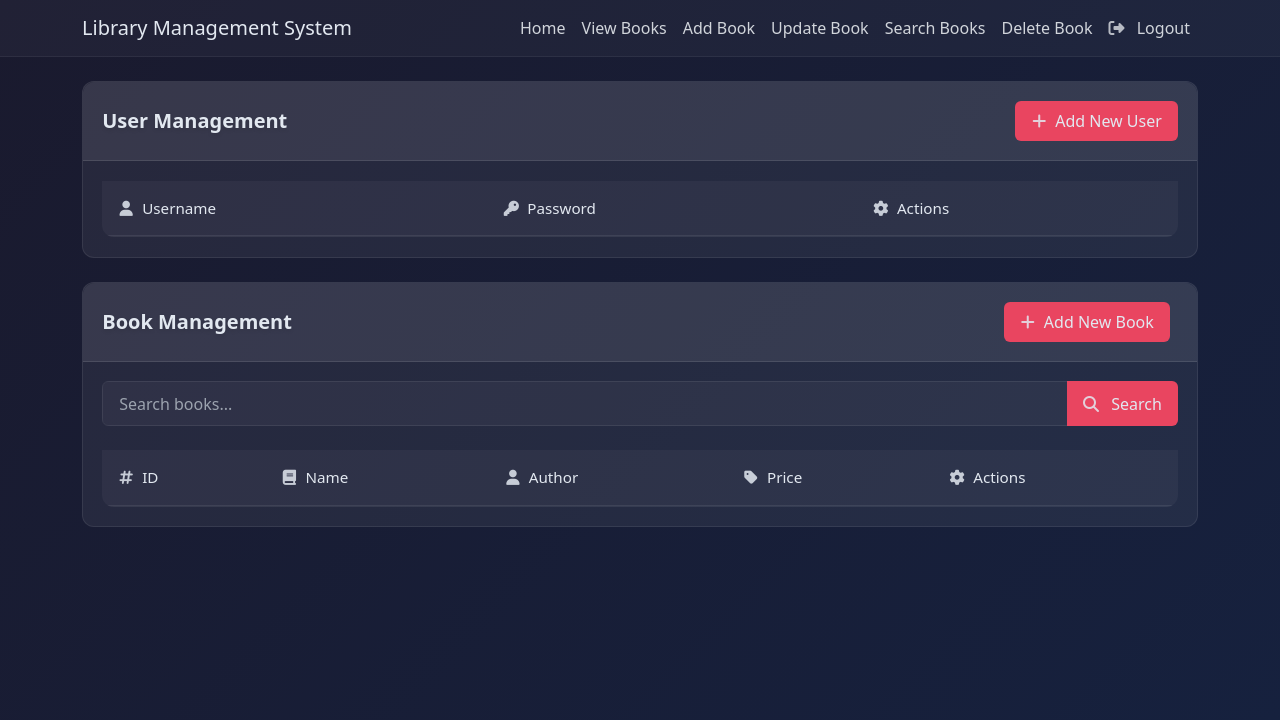
Repository: vivekchopade662002/Library-Management-System
Page: http://localhost/Library_Management_System/admin-dashboard.jsp
The author's editor kept a copy of each file at every save. The page is drawn from the files as they stood at one save, then again after the next save.
The browser window is 1280 px wide. The pictures show the whole page.
The page is served by Tomcat 10. The session is filled in as if someone had signed in: {"username": "testuser", "userType": "admin"}. The application's start-up code is not run. Queries for data that is not in the repository find no rows.

Above is the page before, as saved 2024-12-04 16:30:24.

After the next save:
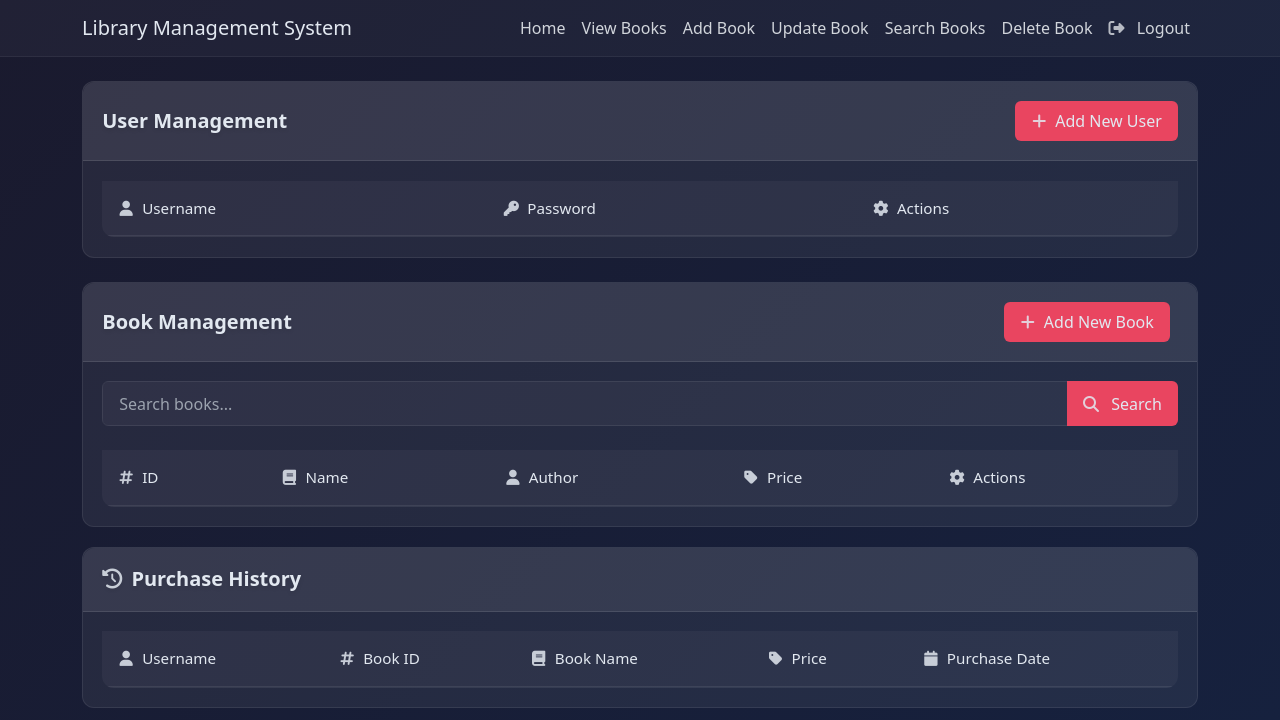
Saved 116 min 42 s later.
--- a/Library_Management_System/src/main/webapp/admin-dashboard.jsp
+++ b/Library_Management_System/src/main/webapp/admin-dashboard.jsp
@@ -338,6 +338,59 @@
                 </div>
             </div>
         </div>
+        <!-- Purchase History Section -->
+<div class="card">
+    <div class="card-header">
+        <div class="d-flex justify-content-between align-items-center">
+            <h4 class="mb-0">
+                <i class="fas fa-history me-2"></i>
+                Purchase History
+            </h4>
+        </div>
+    </div>
+    <div class="card-body">
+        <div class="table-responsive">
+            <table class="table table-hover">
+                <thead>
+                    <tr>
+                        <th><i class="fas fa-user me-2"></i>Username</th>
+                        <th><i class="fas fa-hashtag me-2"></i>Book ID</th>
+                        <th><i class="fas fa-book me-2"></i>Book Name</th>
+                        <th><i class="fas fa-tag me-2"></i>Price</th>
+                        <th><i class="fas fa-calendar me-2"></i>Purchase Date</th>
+                    </tr>
+                </thead>
+                <tbody>
+                    <%
+                        try {
+                            Connection purchaseConn = DBConnection.getConnection();
+                            String purchaseSql = "SELECT * FROM purchase_history ORDER BY created_at DESC";
+                            Statement purchaseStmt = purchaseConn.createStatement();
+                            ResultSet purchaseRs = purchaseStmt.executeQuery(purchaseSql);
+
+                            while(purchaseRs.next()) {
+                    %>
+                    <tr>
+                        <td><%= purchaseRs.getString("username") %></td>
+                        <td class="book-id">#<%= purchaseRs.getInt("book_id") %></td>
+                        <td><%= purchaseRs.getString("book_name") %></td>
+                        <td><span class="price-badge">$<%= String.format("%.2f", purchaseRs.getDouble("price")) %></span></td>
+                        <td><%= purchaseRs.getTimestamp("created_at") %></td>
+                    </tr>
+                    <%
+                            }
+                            purchaseRs.close();
+                            purchaseStmt.close();
+                            purchaseConn.close();
+                        } catch(Exception e) {
+                            out.println("<tr><td colspan='5' class='text-danger'>Error: " + e.getMessage() + "</td></tr>");
+                        }
+                    %>
+                </tbody>
+            </table>
+        </div>
+    </div>
+</div>
     </div>
 
     <script src="https://cdn.jsdelivr.net/npm/bootstrap@5.3.0/dist/js/bootstrap.bundle.min.js"></script>
